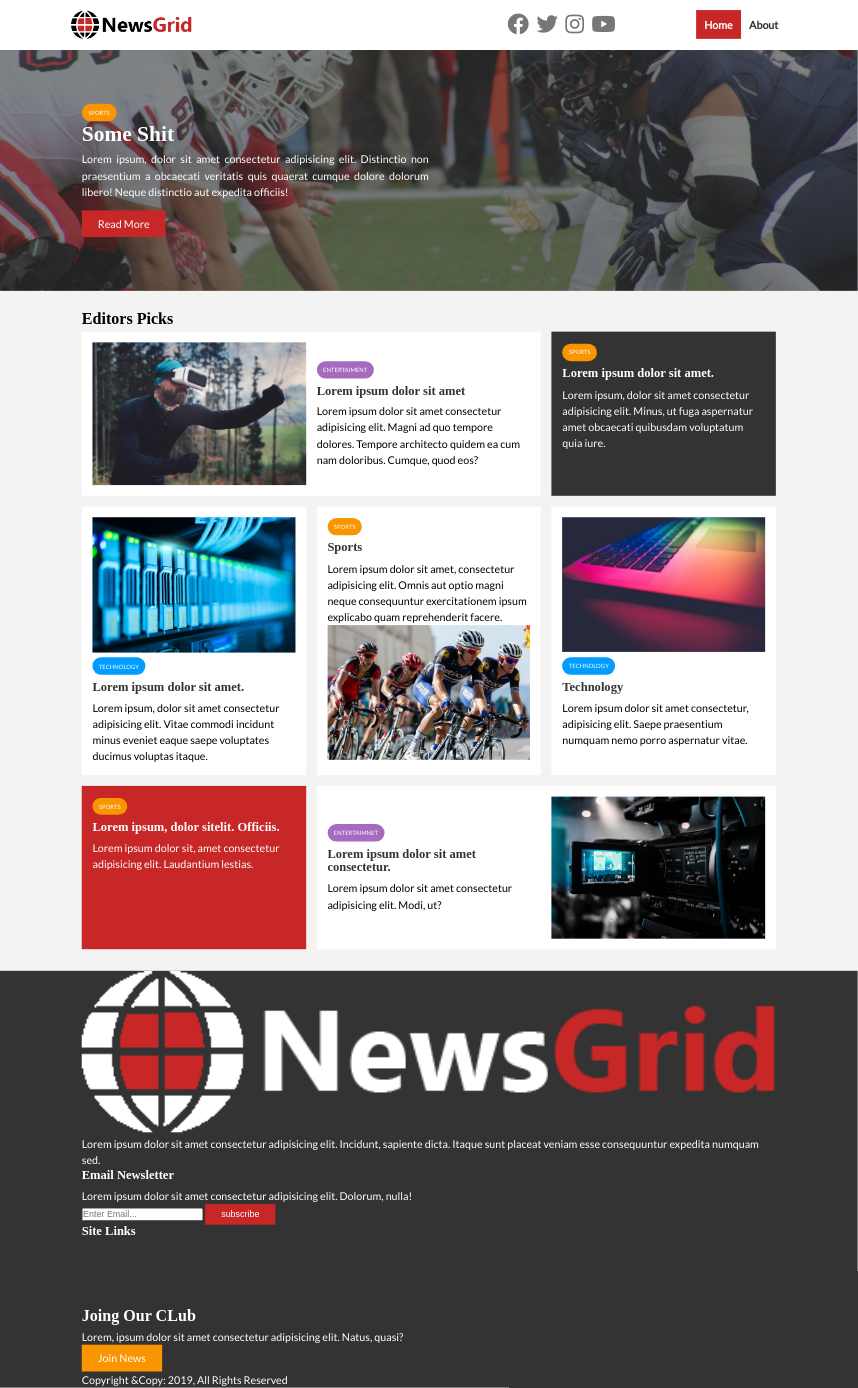
Repository: EswinGiova/NewsGrid
Page: index.html
The author's editor kept a copy of each file at every save. The page is drawn from the files as they stood at one save, then again after the next save.
The browser window is 1280 px wide. The pictures show the whole page, at 67% of full size.
Some web libraries are served in a nearby version.

Above is the page before, as saved 2020-09-20 15:44:02.

### index.html
<!DOCTYPE html>
<html lang="en">
  <head>
    <meta charset="UTF-8" />
    <meta name="viewport" content="width=device-width, initial-scale=1.0" />
    <link rel="shortcut icon" type="image/x-icon" href="favicon.ico" />
    <link
      href="https://fonts.googleapis.com/css2?family=Lato&family=Staatliches&display=swap"
      rel="stylesheet"
    />
    <link rel="stylesheet" href="./css/style.css" />
    <link
      rel="stylesheet"
      media="screen and (max-width: 768px)"
      href="./css/mobile.css"
    />

    <link
      rel="stylesheet"
      href="https://cdnjs.cloudflare.com/ajax/libs/font-awesome/5.14.0/css/all.min.css"
      integrity="sha512-1PKOgIY59xJ8Co8+NE6FZ+LOAZKjy+KY8iq0G4B3CyeY6wYHN3yt9PW0XpSriVlkMXe40PTKnXrLnZ9+fkDaog=="
      crossorigin="anonymous"
    />

    <title>NewsGrid | Latest News</title>
  </head>
  <body>
    <nav id="main-nav">
      <div class="container">
        <img src="./image_resources/logo.png" alt="" class="logo" />
        <div class="social">
          <a href="#" target="_blank"><i class="fab fa-facebook fa-2x"></i></a>
          <a href="#" target="_blank"><i class="fab fa-twitter fa-2x"></i></a>
          <a href="#" target="_blank"><i class="fab fa-instagram fa-2x"></i></a>
          <a href="#" target="_blank"><i class="fab fa-youtube fa-2x"></i></a>
        </div>
        <ul>
          <li><a href="#" class="current">Home</a></li>
          <li><a href="#">About </a></li>
        </ul>
      </div>
    </nav>

    <header id="showcase">
      <div class="container">
        <div class="showcase-container">
          <div class="showcase-content">
            <div class="category category-sports">Sports</div>
            <h1>Some Shit</h1>
            <p>
              Lorem ipsum, dolor sit amet consectetur adipisicing elit.
              Distinctio non praesentium a obcaecati veritatis quis quaerat
              cumque dolore dolorum libero! Neque distinctio aut expedita
              officiis!
            </p>
            <a href="./article.html" class="btn btn-primary">Read More </a>
          </div>
        </div>
      </div>
    </header>
    <!-- Hombe articles -->

    <section id="home-articles" class="py-2">
      <div class="container">
        <h2>Editors Picks</h2>
        <div class="articles-container">
          <article class="card">
            <img src="./image_resources/articles/ent1.jpg" alt="" />
            <div>
              <div class="category category-ent">Entertaiment</div>
              <h3>
                <a href="./article.html">Lorem ipsum dolor sit amet</a>
              </h3>
              <p>
                Lorem ipsum dolor sit amet consectetur adipisicing elit. Magni
                ad quo tempore dolores. Tempore architecto quidem ea cum nam
                doloribus. Cumque, quod eos?
              </p>
            </div>
          </article>
          <article class="card bg-dark">
            <div class="category category-sports">Sports</div>
            <h3>
              <a href="./article.html">Lorem ipsum dolor sit amet.</a>
            </h3>
            <p>
              Lorem ipsum, dolor sit amet consectetur adipisicing elit. Minus,
              ut fuga aspernatur amet obcaecati quibusdam voluptatum quia iure.
            </p>
          </article>

          <article class="card">
            <img src="./image_resources/articles/tech1.jpg" alt="" />
            <div class="category category-tech">Technology</div>
            <h3><a href="./article.html">Lorem ipsum dolor sit amet.</a></h3>
            <p>
              Lorem ipsum, dolor sit amet consectetur adipisicing elit. Vitae
              commodi incidunt minus eveniet eaque saepe voluptates ducimus
              voluptas itaque.
            </p>
          </article>

          <article class="card">
            <div class="category category-sports">Sports</div>
            <h3>
              <a href="./article.html">Sports</a>
            </h3>
            <p>
              Lorem ipsum dolor sit amet, consectetur adipisicing elit. Omnis
              aut optio magni neque consequuntur exercitationem ipsum explicabo
              quam reprehenderit facere.
            </p>
            <img src="./image_resources/articles/sports1.jpg" alt="" />
          </article>

          <article class="card">
            <img src="./image_resources/articles/tech2.jpg" alt="" />
            <div class="category category-tech">Technology</div>
            <h3><a href="./article.html">Technology</a></h3>
            <p>
              Lorem ipsum dolor sit amet consectetur, adipisicing elit. Saepe
              praesentium numquam nemo porro aspernatur vitae.
            </p>
          </article>
          <article class="card bg-primary">
            <div class="category category-sports">Sports</div>
            <h3>
              <a href="./article.html">Lorem ipsum, dolor sitelit. Officiis.</a>
            </h3>
            <p>
              Lorem ipsum dolor sit, amet consectetur adipisicing elit.
              Laudantium lestias.
            </p>
          </article>

          <article class="card">
            <div>
              <div class="category category-ent">Entertaimnet</div>
              <h3>
                <a href="./article.html"
                  >Lorem ipsum dolor sit amet consectetur.</a
                >
              </h3>
              <p>
                Lorem ipsum dolor sit amet consectetur adipisicing elit. Modi,
                ut?
              </p>
            </div>
            <img src="./image_resources/articles/ent2.jpg" alt="" />
          </article>
        </div>
      </div>
    </section>
    <footer id="main-footer">
      <div class="container footer-container">
        <div>
          <img src="./image_resources/logo_light.png" alt="news" />
          <p>
            Lorem ipsum dolor sit amet consectetur adipisicing elit. Incidunt,
            sapiente dicta. Itaque sunt placeat veniam esse consequuntur
            expedita numquam sed.
          </p>
        </div>
        <div>
          <h3>Email Newsletter</h3>
          <p>
            Lorem ipsum dolor sit amet consectetur adipisicing elit. Dolorum,
            nulla!
          </p>
          <form>
            <input type="email" placeholder="Enter Email..." />
            <input type="submit" value="subscribe" class="btn btn-primary" />
          </form>
        </div>
        <div>
          <h3>Site Links</h3>
          <ul class="list">
            <li><a href="#">Help and Support</a></li>
            <li><a href="#">Privacy Policy</a></li>
            <li><a href="#">About Us</a></li>
            <li><a href="#">Contact</a></li>
          </ul>
        </div>
        <div>
          <h2>Joing Our CLub</h2>
          <p>
            Lorem, ipsum dolor sit amet consectetur adipisicing elit. Natus,
            quasi?
          </p>
          <a href="#" class="btn btn-secondary">Join News</a>
        </div>
        <div>
          <p>Copyright &Copy: 2019, All Rights Reserved</p>
        </div>
      </div>
    </footer>
  </body>
</html>

### css/style.css
:root {
  --primary-color: #c72727;
  --secondary-color: #f99500;
  --light-color: #f3f3f3;
  --dark-color: #333;
  --max-width: 1100px;
}

.category {
  --sports-color: #f99500;
  --ent-color: #a66bbe;
  --tech-color: #009cff;
}
* {
  margin: 0;
  padding: 0;
  box-sizing: border-box;
}
body {
  font-family: 'Lato', sans-serif;
  line-height: 1.5;
  background: var(--light-color);
}

a {
  color: var(--dark-color);
  text-decoration: none;
}

ul {
  list-style: none;
}

img {
  width: 100%;
}

h1,
h2,
h3,
h4,
h5,
h6 {
  font-family: 'Staaliches', cursive;
  margin-bottom: 0.55rem;
  line-height: 1.3rem;
}

/*  utility class */

.container {
  max-width: var(--max-width);
  margin: auto;
  padding: 0 2rem;
  overflow: hidden;
}

/* category */

.category {
  display: inline-block;
  color: #fff;
  font-size: 0.55rem;
  text-transform: uppercase;
  padding: 0.4rem 0.6rem;
  border-radius: 15px;
  margin-bottom: 0.5rem;
}

.category-sports {
  background: var(--sports-color);
}
.category-ent {
  background: var(--ent-color);
}
.category-tech {
  background: var(--tech-color);
}

/* btn */

.btn {
  display: inline-block;
  border: none;
  background: var(--dark-color);
  color: #fff;
  padding: 0.5rem 1.5rem;
}

.btn-light {
  background: var(--light-color);
}
.btn-primary {
  background: var(--primary-color);
}
.btn-secondary {
  background: var(--secondary-color);
}
.btn:hover {
  opacity: 0.8;
}

.btn-block {
  display: block;
  width: 100%;
  text-align: center;
}

/* cards */

.card {
  background: white;
  padding: 1rem;
}

.bg-dark {
  background: var(--dark-color);
  color: white;
}
.bg-primary {
  background: var(--primary-color);
  color: white;
}
.bg-secondary {
  background: var(--secondary-color);
  color: #fff;
}
.py-1 {
  padding: 1.5rem 0;
}
.py-2 {
  padding: 2rem 0;
}
.py-3 {
  padding: 3rem 0;
}
.p-1 {
  padding: 1.5rem;
}
.p-2 {
  padding: 2rem;
}
.p-3 {
  padding: 3rem;
}

.bg-dark h1,
.bg-dark h2,
.bg-dark h3,
.bg-dark a,
.bg-primary h1,
.bg-primary h2,
.bg-primary h3,
.bg-primary a,
.bg-secondary h1,
.bg-secondary h2,
.bg-secondary h3,
.bg-secondary a {
  color: #fff;
}

/* Navigation */
#main-nav {
  background: #fff;
  position: sticky;
  top: 0;
  z-index: 2;
}

#main-nav .container {
  display: grid;
  grid-template-columns: 6fr 3fr 2fr;
  padding: 1rem;
  align-items: center;
}

#main-nav .logo {
  width: 180px;
}

#main-nav ul {
  display: flex;
  justify-self: end;
}

#main-nav ul li a {
  padding: 0.77rem;
  font-weight: bold;
}

#main-nav ul li .current {
  background: var(--primary-color);
  color: white;
}

#main-nav ul li .current:hover {
  background: var(--light-color);
  color: var(--dark-color);
}
#main-nav .social {
  justify-self: center;
}

#main-nav .social i {
  color: #777;
  margin-left: 0.5rem;
}

/* showcase */
#showcase {
  background: #333;
  color: #fff;
  position: relative;
}

#showcase:before {
  content: '';
  background: url('../image_resources/featured.jpg') center center/cover;
  position: absolute;
  top: 0;
  left: 0;
  width: 100%;
  height: 100%;
  opacity: 0.4;
}
#showcase .showcase-container {
  height: 50vh;
  display: grid;
  grid-template-columns: repeat(2, 1fr);
  justify-content: center;
  align-content: center;
}
#showcase .showcase-container .showcase-content {
  z-index: 2;
  text-align: justify;
}
#showcase .showcase-container .showcase-content p {
  margin: 1rem 0;
}
/* Home Articles  */

#home-articles .articles-container {
  display: grid;
  grid-template-columns: repeat(3, 1fr);
  grid-gap: 1rem;
}

#home-articles .articles-container > *:first-child,
#home-articles .articles-container > *:last-child {
  display: grid;
  grid-template-columns: repeat(2, 1fr);
  grid-column: 1 / span 2;
  grid-gap: 1rem;
  align-items: center;
}
#home-articles .articles-container > *:last-child {
  grid-column: 2 / span 2;
}

/* footer */
#main-footer {
  background: var(--dark-color);
  color: #fff;
}

Loaded but not shown: css/mobile.css (no copy from this time; the picture is the same without it)

After the next save:
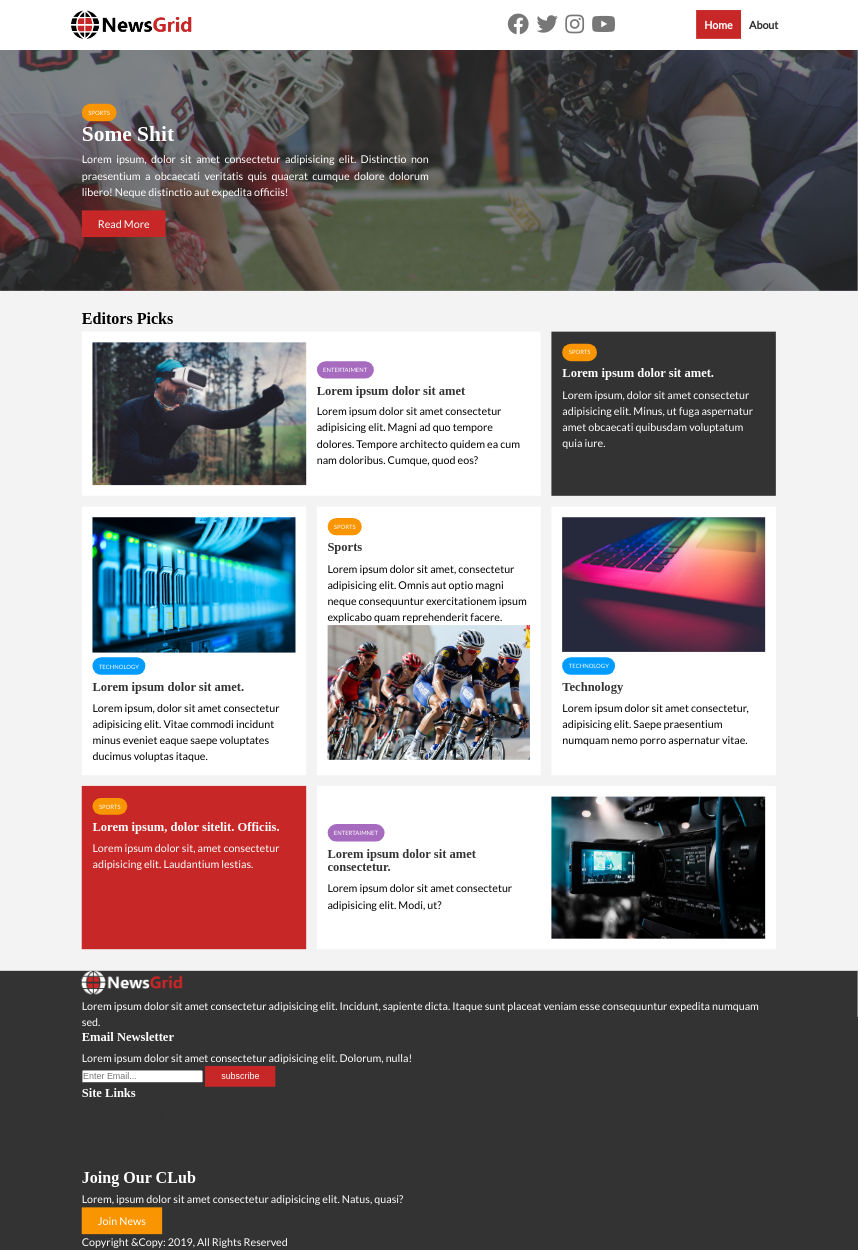
Saved 82 s later.
--- a/css/style.css
+++ b/css/style.css
@@ -262,3 +262,7 @@ h6 {
   background: var(--dark-color);
   color: #fff;
 }
+
+#main-footer img {
+  width: 150px;
+}
